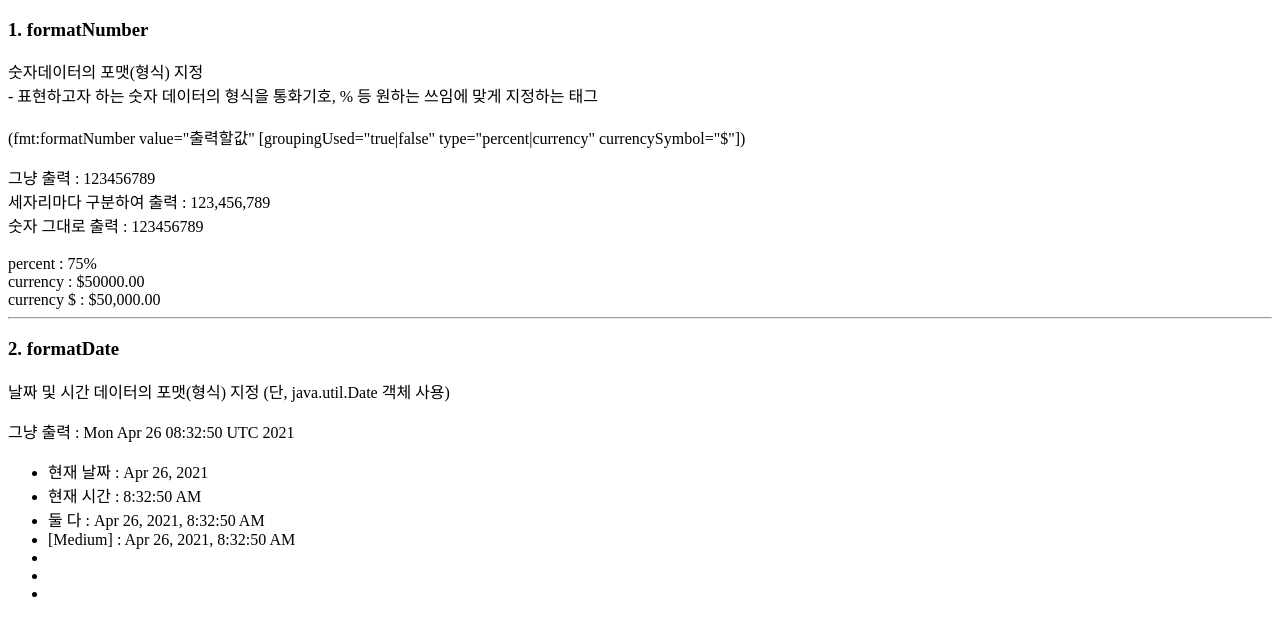
Repository: Young-27/DailyStudy
Page: http://localhost/actionProject/views/3_customAction/02_fmt.jsp
The author's editor kept a copy of each file at every save. The page is drawn from the files as they stood at one save, then again after the next save.
The browser window is 1280 px wide. The pictures show the whole page.
The page is served by Tomcat 9. Other server files are loaded and not shown.

Above is the page before, as saved 2021-06-18 07:37:41.

### Server/web-workspace2/actionProject/WebContent/views/3_customAction/02_fmt.jsp
<%@ page language="java" contentType="text/html; charset=UTF-8"
    pageEncoding="UTF-8"%>
<%@ taglib prefix="fmt" uri="http://java.sun.com/jsp/jstl/fmt" %>
<%@ taglib prefix="c" uri="http://java.sun.com/jsp/jstl/core" %>
<!DOCTYPE html>
<html>
<head>
<meta charset="UTF-8">
<title>Insert title here</title>
</head>
<body>
	<h3>1. formatNumber</h3>
	<p>
		숫자데이터의 포맷(형식) 지정 <br>
		- 표현하고자 하는 숫자 데이터의 형식을 통화기호, % 등 원하는 쓰임에 맞게 지정하는 태그 <br><br>

		(fmt:formatNumber value="출력할값" [groupingUsed="true|false" type="percent|currency" currencySymbol="$"])
	</p>

	<c:set var="num1" value="123456789"/>
	<c:set var="num2" value="0.75"/>
	<c:set var="num3" value="50000"/>

	그냥 출력 : ${ num1 } <br>
	세자리마다 구분하여 출력 : <fmt:formatNumber value="${ num1 }"/> <br> <!-- groupingUsed 기본값 == true == 구분자 유 -->
	숫자 그대로 출력 : <fmt:formatNumber value="${ num1 }" groupingUsed="false"/> <br><br>
	<!-- groupingUsed : 숫자 단위의 구분자(,) 표시 여부 지정 -->

	percent : <fmt:formatNumber value="${ num2 }" type="percent"/> <br> <!-- 75% -->
	currency : <fmt:formatNumber value="${ num3 }" type="currency" groupingUsed="false"/> <br> <!-- 원화 50000 -->
	currency $ : <fmt:formatNumber value="${ num3 }" type="currency" currencySymbol="$"/> <br> <!-- $50,000 -->
	<!--
		type : 백분율(%), 통화기호 지정
		currencySymbol : 통화기호문자 지정
	 -->

	 <hr>

	 <h3>2. formatDate</h3>
	 <p>
	 	날짜 및 시간 데이터의 포맷(형식) 지정 (단, java.util.Date 객체 사용)
	 </p>

	 <c:set var="current" value="<%= new java.util.Date() %>"/>

	 그냥 출력 : ${ current } <br>

	 <ul>
	 	<li>현재 날짜 : <fmt:formatDate value="${ current }" type="date"/></li> <!-- type 생략가능 생략시 기본값이 date -->
	 	<li>현재 시간 : <fmt:formatDate value="${ current }" type="time"/></li>
	 	<li>둘 다 : <fmt:formatDate value="${ current }" type="both"/></li>
	 	<li>[Medium] : <fmt:formatDate value="${ current }" type="both" dateStyle="medium" timeStyle="medium"/></li> <!-- style 생략 시 기본값 medium -->
	 	<li></li>
	 	<li></li>
	 	<li></li>
	 </ul>










</body>
</html>

After the next save:
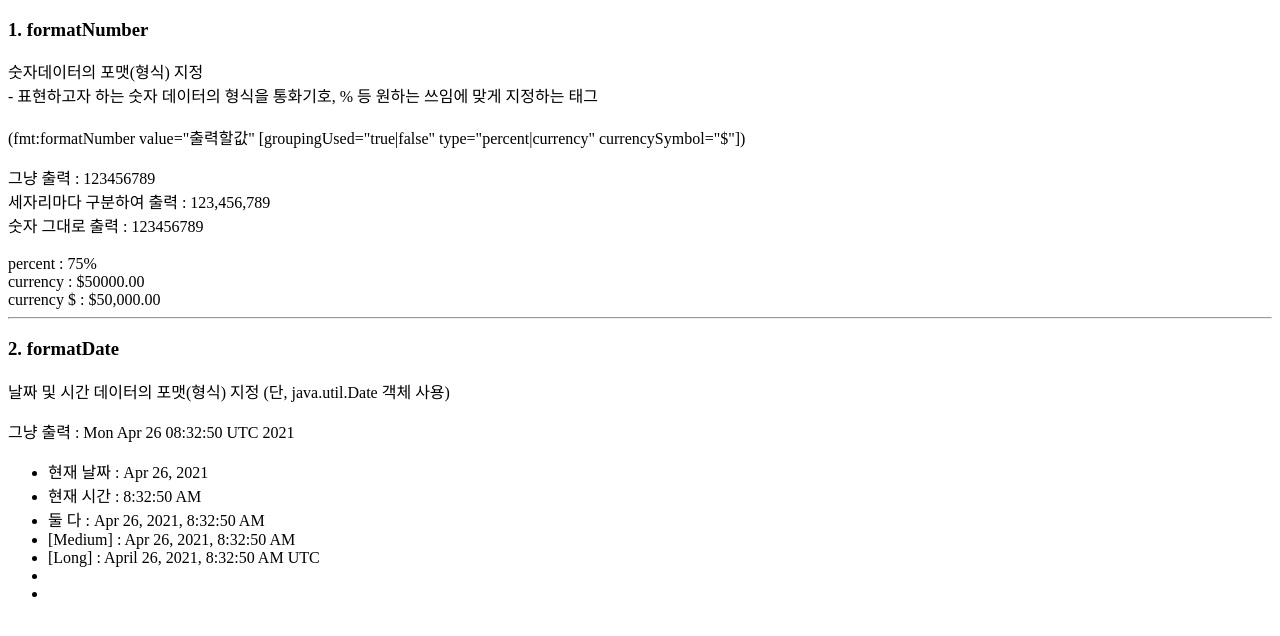
Saved 38 s later.
--- a/Server/web-workspace2/actionProject/WebContent/views/3_customAction/02_fmt.jsp
+++ b/Server/web-workspace2/actionProject/WebContent/views/3_customAction/02_fmt.jsp
@@ -50,7 +50,7 @@
 	 	<li>현재 시간 : <fmt:formatDate value="${ current }" type="time"/></li>
 	 	<li>둘 다 : <fmt:formatDate value="${ current }" type="both"/></li>
 	 	<li>[Medium] : <fmt:formatDate value="${ current }" type="both" dateStyle="medium" timeStyle="medium"/></li> <!-- style 생략 시 기본값 medium -->
-	 	<li></li>
+	 	<li>[Long] : <fmt:formatDate value="${ current }" type="both" dateStyle="long" timeStyle="long"/></li>
 	 	<li></li>
 	 	<li></li>
 	 </ul>
